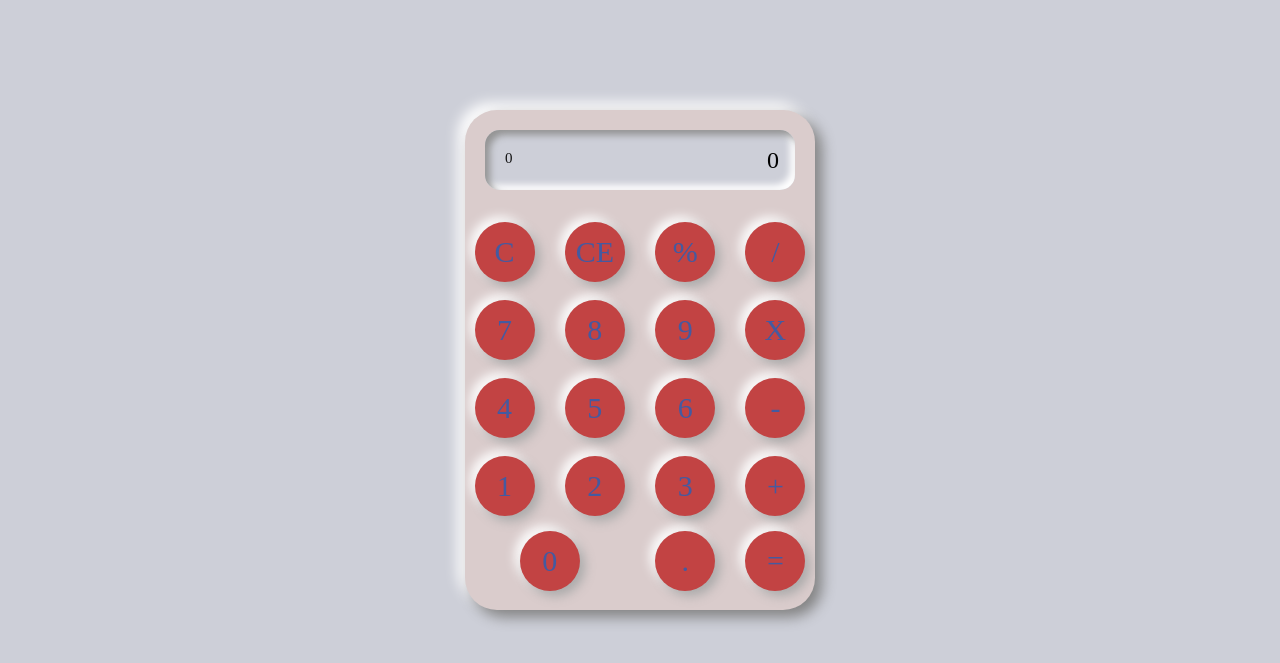
Repository: Goldmyn/Calculator
Page: index.html
The author's editor kept a copy of each file at every save. The page is drawn from the files as they stood at one save, then again after a run of saves.
The browser window is 1280 px wide. The pictures show the whole page.

Above is the page before, as saved 2022-09-28 02:40:07.

### index.html
<!DOCTYPE html>
<html lang="en">
<head>
    <meta charset="UTF-8">
    <meta http-equiv="X-UA-Compatible" content="IE=edge">
    <meta name="viewport" content="width=device-width, initial-scale=1.0">
    <title>Calculator</title>
    <link rel="stylesheet" href="index.css">
</head>
<body>
    <header>

    </header>

    <section>
        <div class="container">
            <div class="calculator">
                <div class="display">
                    <div class="display_a">0</div>
                    <div class="border"> <div class="display-2">0</div> </div>
                </div>
                <div class="all_buttons">
                    <div class="button all_clear">C</div>
                    <div class="button last_entity_clear">CE</div>
                    <div class="button operation">%</div>
                    <div class="button operation">/</div>
                    <div class="button number">7</div>
                    <div class="button number">8</div>
                    <div class="button number">9</div>
                    <div class="button operation">X</div>
                    <div class="button number">4</div>
                    <div class="button number">5</div>
                    <div class="button number">6</div>
                    <div class="button operation">-</div>
                    <div class="button number">1</div>
                    <div class="button number">2</div>
                    <div class="button number">3</div>
                    <div class="button operation">+</div>
                    <div class="button btn-0 number">0</div>
                    <div class="button number dot">.</div>
                    <div class="button equal">=</div>
                </div>
            </div>
        </div>
    </section>
</body>
</html>

### index.css
* {
    padding: 0;
    margin: 0;
    box-sizing: border-box;
}
html {
    font-family: 'Gill Sans', 'Gill Sans MT', Calibri, 'Trebuchet MS', sans-serif';
}

section {
    background-color: #cdcfd8;
    min-height: 100vh;
    width: 100%;
    display: flex;
    align-items: center;
    justify-content: center;
}

.container {
    background-color: #e0e0e0;
    width: 90%;
    height: 500px;
    max-width: 350px;
    border-radius: 32px;
    background: #dacccc;
    box-shadow: 7px 7px 14px #828282, -7px -7px 14px #ffffff;
    overflow: hidden;
}

.display {
    height: 100px;
    width: 100%;
    text-align: right;
    padding: 20px;
    font-size: 30px;
    position: relative;
}

.display_a  {
    opacity: 0.9;
    font-size: 15px;
    height: 20px;
    overflow: hidden;
    position: absolute;
    bottom: 40px;
    left: 40px;
}

.border {
    background-color: aqua;
    height: 60px;
    width: 100%;
    padding-right: 1rem;
    display: flex;
    align-items: center;
    justify-content: flex-end;
    border-radius: 15px;
    background: #cdcfd8;
    font-size: 24px;
    box-shadow: inset 5px 5px 7px #949494 , inset -5px -5px 7px #ffffff;
}

.all_buttons {
    color: rgb(68, 90, 160);
    display: grid;
    grid-template:
        repeat(4, minmax(67px, 1fr))
        / repeat(4, minmax(50px, 1fr));
    gap: 0.7rem;
    transform: translateY(0.5rem);
    place-items: center;
}

.button {
    display: inline-block;
    height: 60px;
    width: 60px;
    display: flex;
    align-items: center;
    justify-content: center;
    font-size: 30px;
    cursor: pointer;
    border-radius: 100px;
    background: #c24343;
    box-shadow: 5px 5px 11px #aaaaaa ,  -5px -5px 11px #ffffff;
}

.button:hover {
    background-color: rgba(218, 65, 129, 0.822);
    color: white;
}

.btn-0 {
    grid-column: 1/3;
}

After the next 6 saves:
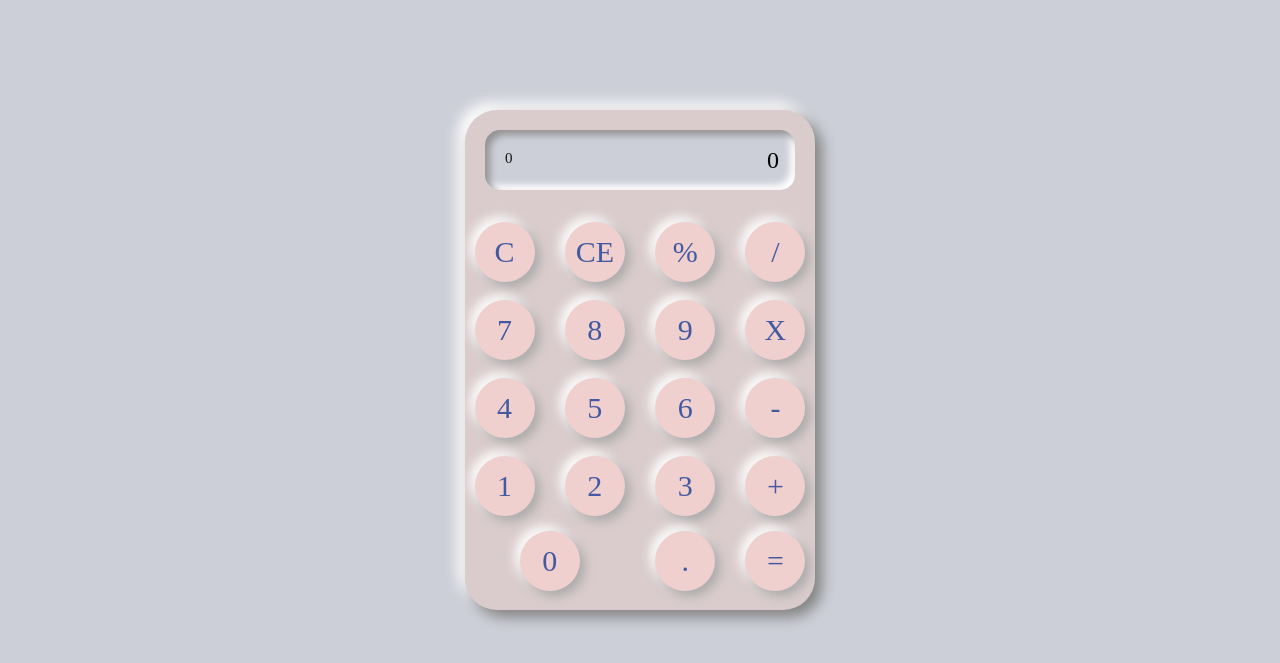
The 6 saves are shown as one change because they came seconds apart.
The last was saved 17 s later.
--- a/index.css
+++ b/index.css
@@ -81,7 +81,7 @@ section {
     font-size: 30px;
     cursor: pointer;
     border-radius: 100px;
-    background: #c24343;
+    background: #f0cfcf;
     box-shadow: 5px 5px 11px #aaaaaa ,  -5px -5px 11px #ffffff;
 }
 
